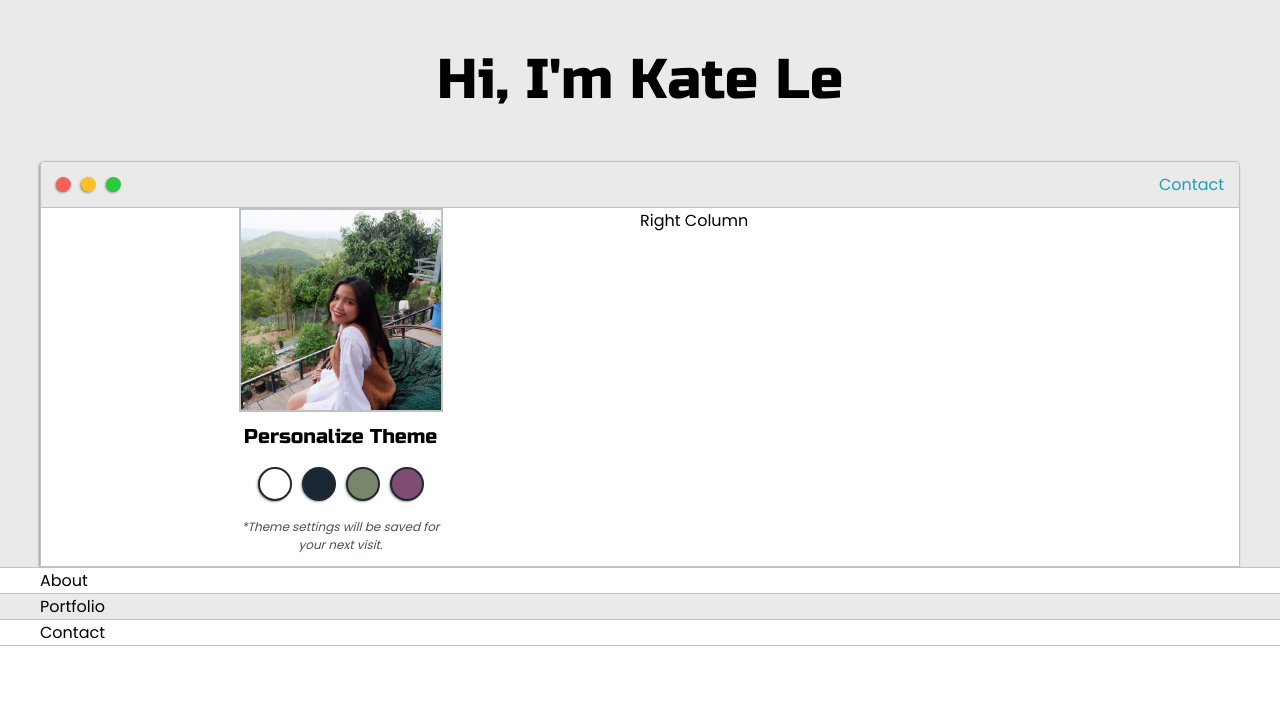
Repository: kate30980/my-persponal-website
Page: index.html
An editor plug-in stored every save of this project. The page is shown before and after the next save, followed by the edit.
The browser window is 1280 px wide. The pictures show the whole page.

Above is the page before, as saved 2021-08-26 21:24:49.

### index.html
<!DOCTYPE html>
<html lang="en">

<head>
    <meta charset="UTF-8">
    <meta http-equiv="X-UA-Compatible" content="IE=edge">
    <meta name="viewport" content="width=device-width, initial-scale=1.0">
    <title>Kate Le</title>
    <link rel="preconnect" href="https://fonts.googleapis.com">
    <link rel="preconnect" href="https://fonts.gstatic.com" crossorigin>
    <link rel="preconnect" href="https://fonts.googleapis.com">
    <link rel="preconnect" href="https://fonts.gstatic.com" crossorigin>
    <link href="https://fonts.googleapis.com/css2?family=Poppins:wght@300;400;600;700&family=Russo+One&display=swap"
        rel="stylesheet">
    <link rel="stylesheet" href="main.css">
</head>

<body>

    <section class="s1">
        <div class="main-container">
            <div class="greeting-wrapper">
                <h1>Hi, I'm Kate Le</h1>
            </div>

            <div class="intro-wrapper">
                <div class="nav-wrapper">
                    <div class="dots-wrapper">
                        <div id="dot-1" class="browser-dot"></div>
                        <div id="dot-2" class="browser-dot"></div>
                        <div id="dot-3" class="browser-dot"></div>
                    </div>
                    <ul id="navigation">
                        <li>
                            <a href="#">Contact</a>
                        </li>
                    </ul>
                </div>
                <div class="left-column">
                    <img id="profile-pic" src="./images/IMG_2624.JPG" alt="img-kate">
                    <h5 style="text-align:center;line-height:0; margin: 25px">Personalize Theme</h5>

                    <div id="theme-options-wrapper">
                        <div id="light-mode" class="theme-dot"></div>
                        <div id="blue-mode" class="theme-dot"></div>
                        <div id="green-mode" class="theme-dot"></div>
                        <div id="purple-mode" class="theme-dot"></div>
                    </div>

                    <p id="settings-note">*Theme settings will be saved for <br> your next visit.</p>
                </div>
                <div class="right-column">
                    Right Column
                </div>
            </div>

        </div>
    </section>

    <section class="s2">
        <div class="main-container">
            About
        </div>
    </section>

    <section class="s1">
        <div class="main-container">
            Portfolio
        </div>
    </section>

    <section class="s2">
        <div class="main-container">
            Contact
        </div>
    </section>

</body>

</html>

### main.css
:root {
  --mainText: black;
  --secondaryText: #4b5156;

  --mainColor: #eaeaea;
  --secondaryColor: #fff;

  --borderColor: #c1c1c1;
  --themeDotBorder: #24292e;
}

html,
body {
  padding: 0;
  margin: 0;
  font-family: "Poppins", sans-serif;
}
h1,
h2,
h3,
h4,
h5,
h6,
strong {
  color: var(--mainText);
  font-family: "Russo One", sans-serif;
  font-weight: 500;
}

p,
li,
span,
label,
input,
textarea,
select {
  color: var(--secondaryText);
  font-family: "Poppins", sans-serif;
}
ul {
  list-style: none;
}

a {
  text-decoration: none;
  color: #17a2b8;
}

h1 {
  font-size: 56px;
}
h2 {
  font-size: 36px;
}
h3 {
  font-size: 28px;
}
h4 {
  font-size: 24px;
}
h5 {
  font-size: 20px;
}
h6 {
  font-size: 16px;
}

.s1 {
  background-color: var(--mainColor);
  border-bottom: 1px solid var(--borderColor);
  overflow: auto;
}
.s2 {
  background-color: var(--secondaryColor);
  border-bottom: 1px solid var(--borderColor);
  overflow: auto;
}
.main-container {
  width: 1200px;
  margin: 0 auto;
}
.greeting-wrapper {
  display: grid;
  text-align: center;
  align-content: center;
  min-height: 10em;
}

.intro-wrapper {
  background-color: var(--secondaryColor);
  border: 1px solid var(--borderColor);
  border-radius: 5px 5px 0 0;

  -webkit-box-shadow: -1px 1px 3px -1px rgba(0, 0, 0, 0.75);
  -moz-box-shadow: -1px 1px 3px -1px rgba(0, 0, 0, 0.75);
  box-shadow: -1px 1px 3px -1px rgba(0, 0, 0, 0.75);

  display: grid;
  grid-template-columns: 1fr 1fr;
  grid-template-areas:
    "nav-wrapper nav-wrapper"
    "left-column right-column";
}

#navigation {
  margin: 0;
  padding: 10px;
}
#navigation li {
  display: inline-block;
  margin-right: 5px;
  margin-left: 5px;
}

.dots-wrapper {
  display: flex;
  padding: 10px;
}

#dot-1 {
  background-color: #fc6058;
}
#dot-2 {
  background-color: #fec027;
}
#dot-3 {
  background-color: #2aca3e;
}

.browser-dot {
  background-color: black;
  height: 15px;
  width: 15px;
  border-radius: 50%;
  margin: 5px;

  -webkit-box-shadow: -1px 1px 3px -1px rgba(0, 0, 0, 0.75);
  -moz-box-shadow: -1px 1px 3px -1px rgba(0, 0, 0, 0.75);
  box-shadow: -1px 1px 3px -1px rgba(0, 0, 0, 0.75);
}

.nav-wrapper {
  grid-area: nav-wrapper;
  border-bottom: 1px solid var(--borderColor);
  display: flex;
  justify-content: space-between;
  align-items: center;
  background-color: var(--mainColor);
  border-radius: 5px 5px 0 0;
}
.left-column {
  grid-area: left-column;
  padding: 150px auto;
}
#profile-pic {
  display: block;
  margin: auto;
  height: 200px;
  width: 200px;
  object-fit: cover;
  border: 2px solid var(--borderColor);
}

#theme-options-wrapper {
  display: flex;
  justify-content: center;
}

.theme-dot {
  height: 30px;
  width: 30px;
  border-radius: 50%;
  background-color: black;

  margin: 5px;
  border: 2px solid var(--themeDotBorder);

  -webkit-box-shadow: -1px 1px 3px -1px rgba(0, 0, 0, 0.75);
  -moz-box-shadow: -1px 1px 3px -1px rgba(0, 0, 0, 0.75);
  box-shadow: -1px 1px 3px -1px rgba(0, 0, 0, 0.75);
  cursor: pointer;
}

.theme-dot:hover {
  border-width: 5px;
}
#light-mode {
  background-color: #fff;
}
#blue-mode {
  background-color: #192734;
}
#green-mode {
  background-color: #78866b;
}
#purple-mode {
  background-color: #7e4c74;
}
#settings-note {
  font-size: 12px;
  font-style: italic;
  text-align: center;
}

.right-column {
  grid-area: right-column;
}

@media screen and (max-width: 1200px) {
  .main-container {
    width: 95%;
  }
}

After the next save:
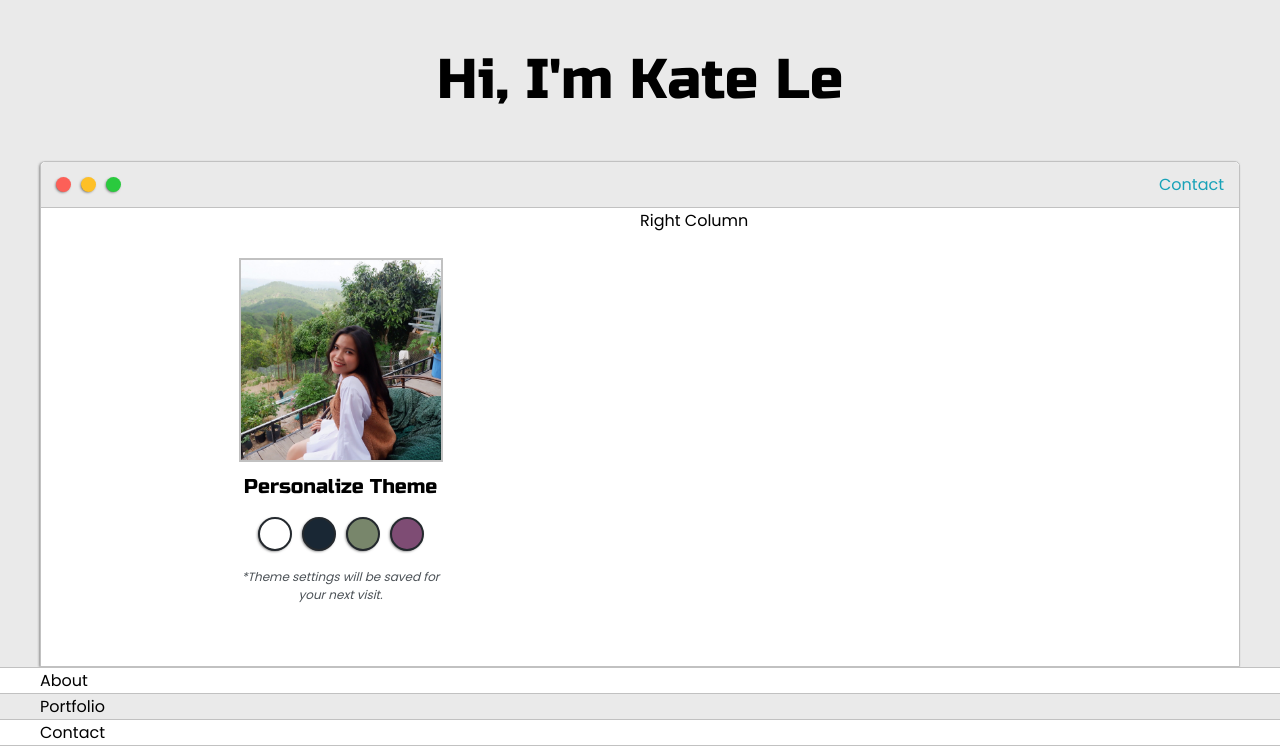
Saved 21 s later.
--- a/main.css
+++ b/main.css
@@ -150,7 +150,8 @@
 }
 .left-column {
   grid-area: left-column;
-  padding: 150px auto;
+  padding-top: 50px;
+  padding-bottom: 50px;
 }
 #profile-pic {
   display: block;
